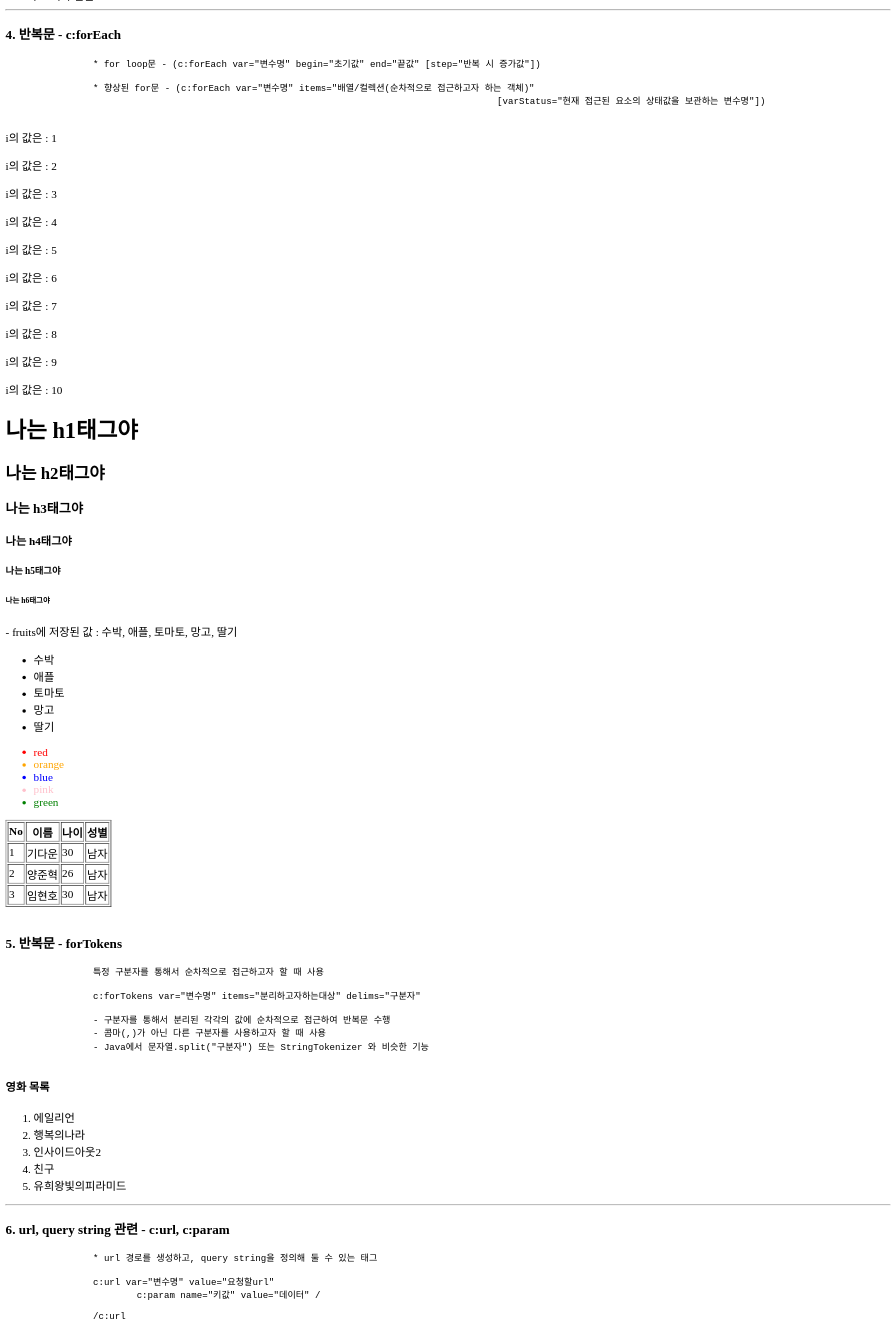
Repository: Developer-Choi-Jae-Young/ServletPractice
Page: http://localhost/3_elAction/views/3_Custom_Action/01_core.jsp
An editor plug-in stored every save of this project. The page is shown before and after the next save, followed by the edit.
The browser window is 1280 px wide. The pictures show the part of the page from y = 1206 to 3126 px (the page is 3122 px tall before and 3126 px after), at 70% of full size.
The page is served by Tomcat 9. Other server files are loaded and not shown.

Above is the page before, as saved 2024-08-27 06:37:43.

### 3_elAction/src/main/webapp/views/3_Custom_Action/01_core.jsp
<%@page import="java.util.ArrayList"%>
<%@page import="com.kh.model.vo.Person"%>
<%@ page language="java" contentType="text/html; charset=UTF-8"
    pageEncoding="UTF-8"%>
<%@ taglib prefix="c" uri="http://java.sun.com/jsp/jstl/core" %>
<!DOCTYPE html>
<html>
<head>
<meta charset="UTF-8">
<title>Custom Action Tag - Core</title>
</head>
<body>
	<h1>JSTL Core Library</h1>

	<h3>1. 변수</h3>
	<pre>
		* 변수 선언과 동시에 초기화 (c:set var="변수명" value="값" [scope="저장객체"])
			- 변수 선언하고 초기화까지의 기능을 제공
			- 해당 변수의 저장된 값을 어떤 scope에 setAttribute를 통해서 담아둘 지 결정
			=> c:set 으로 선언한 변수는 반드시 EL로 접근해야 함!
	</pre>

	<%-- num1 이라는 변수에 10이라는 값을 저장 --%>
	<c:set var="num1" value="10"/> <!-- pageScope.setAttribute("num1", 10) -->

	<%-- request 영역에 num2라는 변수에 20이라는 값을 저장 --%>
	<c:set var="num2" value="20" scope="request"/>

	<p>num1 : ${ num1 }</p>
	<p>num2 : ${ num2 }</p>

	<%-- num1과 num2의 합을 저장한 addNum이라는 변수를 session 영역에 저장 --%>
	<c:set var="addNum" value="${ num1 + num2 }" scope="session"/>

	<p>addNum : ${ addNum }</p>

	<%-- value 속성 대신 시작태그와 종료태그 사이에 초기값 지정 가능 --%>
	<c:set var="result">9999</c:set>

	<p>${ result }</p>

	<c:set var="result" value="7777" scope="request"/>
	<hr>

	<pre>
		* 변수 삭제 (c:remove var="삭제할 변수명" [scope-"삭제하고자하는 영역"])
			- 해당 scope 영역에 저장되어 있는 변수를 찾아 제거하는 태그
			=> 해당 scope에 .removeAttribute() 를 사용하여 제거하는 것과 동일하게 처리됨
	</pre>

	<%-- addNum 변수를 삭제 --%>
	<p>addNum : ${ addNum }</p>
	<c:remove var="addNum" scope="session"/>
	<p> 제거 후 addNum : ${ addNum }</p>
	<p>page scope 에 저장된 result : ${ pageScope.result }</p>
	<p>request scope 에 저장된 result : ${ requestScope.result }</p>

	<c:remove var="result"/>

	<p>scope 속성 없이 제거 : ${ pageScope.result }, ${ requestScope.result }</p>

	<hr>

	<pre>
		* 변수(데이터) 출력 (c:out value="출력하고자 하는 값"
								[default="기본값"]
								[escapeXml="true|false"])
	</pre>

	<%-- addNum에 저장된 값을 출력 --%>
	<c:out value="${ addNum }"/>
	<c:out value="${ addNum }" default="데이터 없음"/>

	<%-- outData라는 변수에 "<b>강조태그!!!</b>" 값을 저장 --%>
	<c:set var="outData" value="<b>강조태그!!!</b>"/>
	<c:out value="${ outData }"/> <%-- escapeXml 속성이 true(기본값) -> 출력데이터에 태그가 포함되어 있는 경우 해석되지 않음 --%>
	<c:out value="${ outData }" escapeXml="false"/>

	<hr>

	<h3>2. 조건문 - if(c:if test="조건식")</h3>
	<pre>
		- Java의 if문과 비슷한 역할을 하는 태그
		- 조건식은 test 속성에 작성 (EL구문을 사용하여 작성)
	</pre>

	<%-- num1이 num2보다 큰가? --%>

	<%-- JSTL로 선언된 변수는 접근 불가 (EL로만 접근 가능)
	<% if(num1 > num2) { %>
	<% } %>
	--%>

	<c:if test="${ num1 > num2 }">
		num1이 num2보다 큽니다.
	</c:if>
	<c:if test="${ num1 lt num2 }">
		num1이 num2보다 작습니다.
	</c:if>
	<br>
	<c:set var="hi" value="안녕"/>
	<%--
			hi 변수에 저장된 값이 "안녕"일 경우 hihihi~ 출력
							  그렇지 않은 경우 byebye 출력
	--%>
	<c:if test="${ hi == '안녕' }">
		hihihi~	<br>
	</c:if>
	<c:if test="${ hi != '안녕' }">
		byebye <br>
	</c:if>

	<hr>

	<h3>3. 조건문 - Choose (c:choose, c:when, c:otherwise)</h3>
	<pre>
		- Java의 if - else, if - else if문과 비슷하게 동작하는 태그
		- 구조
			* c:choose 하위 요소로 c:when, c:otherwise를 사용!
			c:choose
				c:when /c:when
				c:otherwise /c:otherwise
			/c:choose
	</pre>

	<%-- num1의 값이 20보다 크면 "20보다 큼"
					, 10보다 크거나 같으면 "10보다 크거나같음"
					, 그렇지 않으면 "10보다 작음" 을 출력 --%>
	<%--
	<% if(num1 > 20) { %>
		20보다 큼
	<% } else if(num1 >= 10) {%>
	<% } else { %>
	<% } %>
	--%>

	<c:choose>
		<c:when test="${ num1 gt 20 }">20보다 큼</c:when>
		<c:when test="${ num1 ge 10 }">10보다 크거나 같음</c:when>
		<c:otherwise>10보다 작음</c:otherwise>
	</c:choose>

	<hr>
	<h3>4. 반복문 - c:forEach</h3>
	<pre>
		* for loop문 - (c:forEach var="변수명" begin="초기값" end="끝값" [step="반복 시 증가값"])

		* 향상된 for문 - (c:forEach var="변수명" items="배열/컬렉션(순차적으로 접근하고자 하는 객체)"
											  [varStatus="현재 접근된 요소의 상태값을 보관하는 변수명"])
	</pre>
	<%--
	<%
		for(int i=0; i<10; i++) {
	%>
		<p>i의 값은 : <%= i %> </p>
	<% } %>
	--%>
	<c:forEach var="i" begin="1" end="10">
		<p>i의 값은 : ${ i }</p>
	</c:forEach>

	<%-- h1 ~ h6 태그를 출력하는데, "나느 hx태그야" --%>
	<c:forEach var="t" begin="1" end="6">
		<c:out value="<h${ t }>나는 h${ t }태그야</h${ t }>" escapeXml="false"/>
	</c:forEach>

	<c:set var="fruits">
		수박, 애플, 토마토, 망고, 딸기
	</c:set>

	- fruits에 저장된 값 : ${ fruits }

	<ul>
		<c:forEach var="f" items="${ fruits }">
			<li>${ f }</li>
		</c:forEach>
	</ul>

	<%--
		colors라는 변수에 4가지의 색상을 콤마(,)로 구분하여 저장
		목록 태그로 해당 글자 색생을 출력
	 --%>

	 <c:set var="colors">
	 	red, orange, blue, pink, green
	 </c:set>

	 <ul>
	 <c:forEach var="c" items="${ colors }">
	 	<li style="color: ${ c }">${ c }</li>
	 </c:forEach>
	 </ul>

	 <%
	 	ArrayList<Person> list = new ArrayList<>();

	 	list.add(new Person("기다운", 30, "남자"));
	 	list.add(new Person("양준혁", 26, "남자"));
	 	list.add(new Person("임현호", 30, "남자"));
	 %>
	 <%-- request.setAttribute("pList", list); --%>
	 <c:set var="pList" value="<%= list %>" scope="request"/>

	 <table border="1">
	 	<thead>
	 		<tr>
	 			<th>No</th>
	 			<th>이름</th>
	 			<th>나이</th>
	 			<th>성별</th>
	 		</tr>
	 	</thead>
	 	<tbody>
	 		<%--
	 		<% if(list.isEmpty()) { %>
	 			<tr>
	 				<td colspan="4"> 조회된 결과가 없습니다.</td>
	 			</tr>
	 		<% } else { %>
	 		<% for(int i =0; i < list.size(); i++) { %>
	 			<tr>
	 				<td> <%= i %></td>
	 				<td> <%= list.get(i).getName() %></td>
	 				<td> <%= list.get(i).getAge() %></td>
	 				<td> <%= list.get(i).getGender() %></td>
	 			</tr>
	 		<% } %>
	 		<% } %>
	 		 --%>
	 		<c:choose>
	 		<c:when test="${ empty pList }">
	 			<tr>
	 				<td colspan="4"> 조회된 결과가 없습니다.</td>
	 			</tr>
	 		</c:when>
	 		<c:otherwise>
	 			<c:forEach var="p" items="${ pList }" varStatus="s">
	 			<tr>
	 				<td>${ s.count }</td>
	 				<td>${ p.name }</td>
	 				<td>${ p.age }</td>
	 				<td>${ p.gender }</td>
	 			</tr>
			 </c:forEach>
	 		</c:otherwise>
	 		</c:choose>
	 	</tbody>
	 </table>

	 <br>

	 <h3>5. 반복문 - forTokens</h3>
	 <pre>
	 	특정 구분자를 통해서 순차적으로 접근하고자 할 때 사용

	 	c:forTokens var="변수명" items="분리하고자하는대상" delims="구분자"

	 	- 구분자를 통해서 분리된 각각의 값에 순차적으로 접근하여 반복문 수행
	 	- 콤마(,)가 아닌 다른 구분자를 사용하고자 할 때 사용
	 	- Java에서 문자열.split("구분자") 또는 StringTokenizer 와 비슷한 기능
	 </pre>

	 <%-- movie 라는 이름의 변수에 5개 저장 (구분자: / . ,) --%>
	 <c:set var="movie" value="에일리언/행복의나라.인사이드아웃2,친구/유희왕빛의피라미드"/>
	 <h4>영화 목록</h4>
	 <ol>
	 	<c:forTokens var="m" items="${ movie }" delims="/.,">
	 		<li>${ m }</li>
	 	</c:forTokens>
	 </ol>

	 <hr>

	 <h3>6. url, query string 관련 - c:url, c:param</h3>
	 <pre>
	 	* url 경로를 생성하고, query string을 정의해 둘 수 있는 태그

	 	c:url var="변수명" value="요청할url"
	 		c:param name="키값" value="데이터" /

	 	/c:url
	 </pre>
</body>
</html>

### 3_elAction/src/main/java/com/kh/model/vo/Person.java
package com.kh.model.vo;

public class Person {
	private String name;
	private int age;
	private String gender;

	public Person() {

	}

	public Person(String name, int age, String gender) {
		this.name = name;
		this.gender = gender;
		this.age = age;
	}

	public String getName() {
		return name;
	}

	public void setName(String name) {
		this.name = name;
	}

	public int getAge() {
		return age;
	}

	public void setAge(int age) {
		this.age = age;
	}

	public String getGender() {
		return gender;
	}

	public void setGender(String gender) {
		this.gender = gender;
	}

	@Override
	public String toString() {
		return "Person [name=" + name + ", age=" + age + ", gender=" + gender + "]";
	}
}

After the next save:
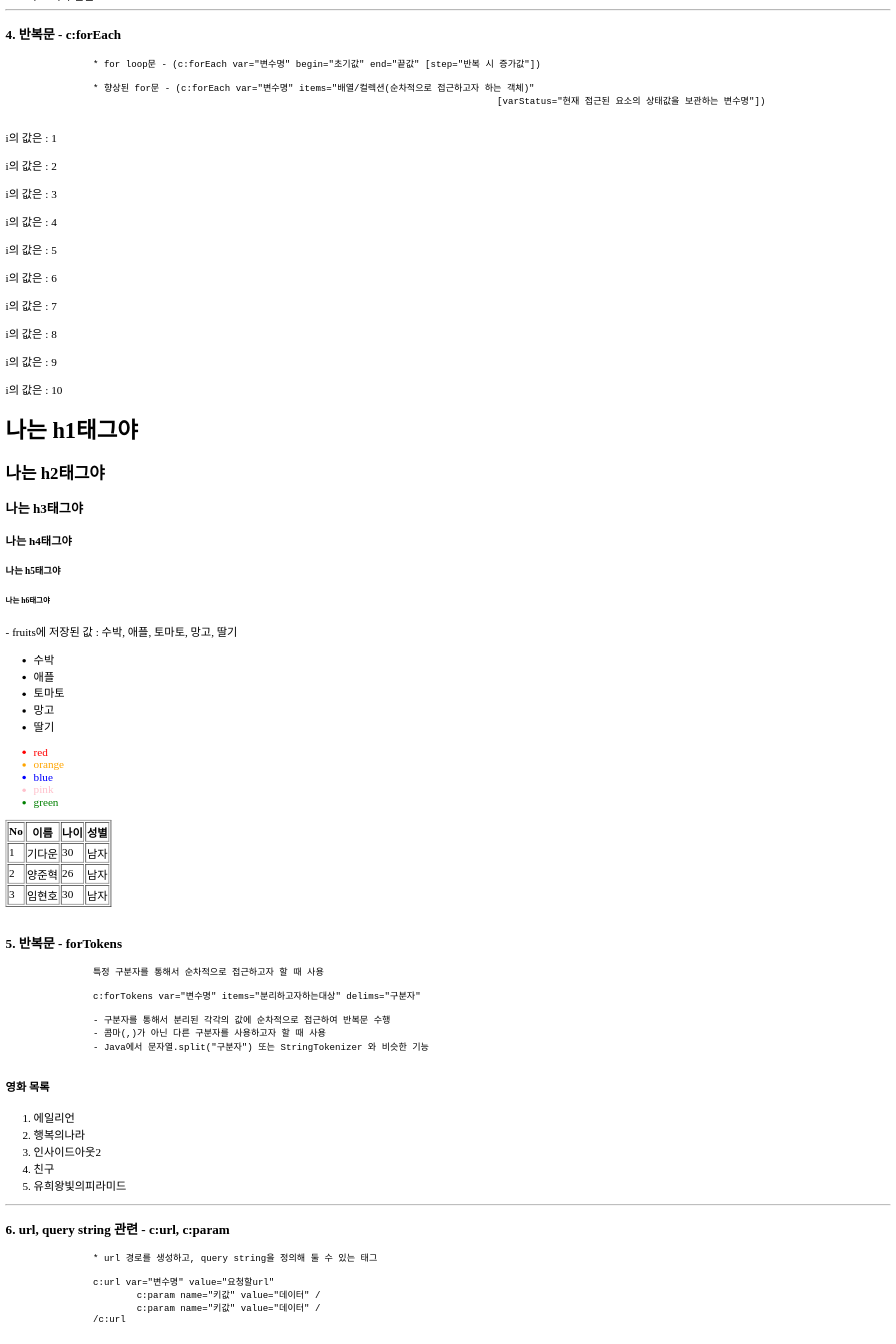
Saved 4 s later.
--- a/3_elAction/src/main/webapp/views/3_Custom_Action/01_core.jsp
+++ b/3_elAction/src/main/webapp/views/3_Custom_Action/01_core.jsp
@@ -277,7 +277,7 @@
 
 	 	c:url var="변수명" value="요청할url"
 	 		c:param name="키값" value="데이터" /
-
+	 		c:param name="키값" value="데이터" /
 	 	/c:url
 	 </pre>
 </body>
